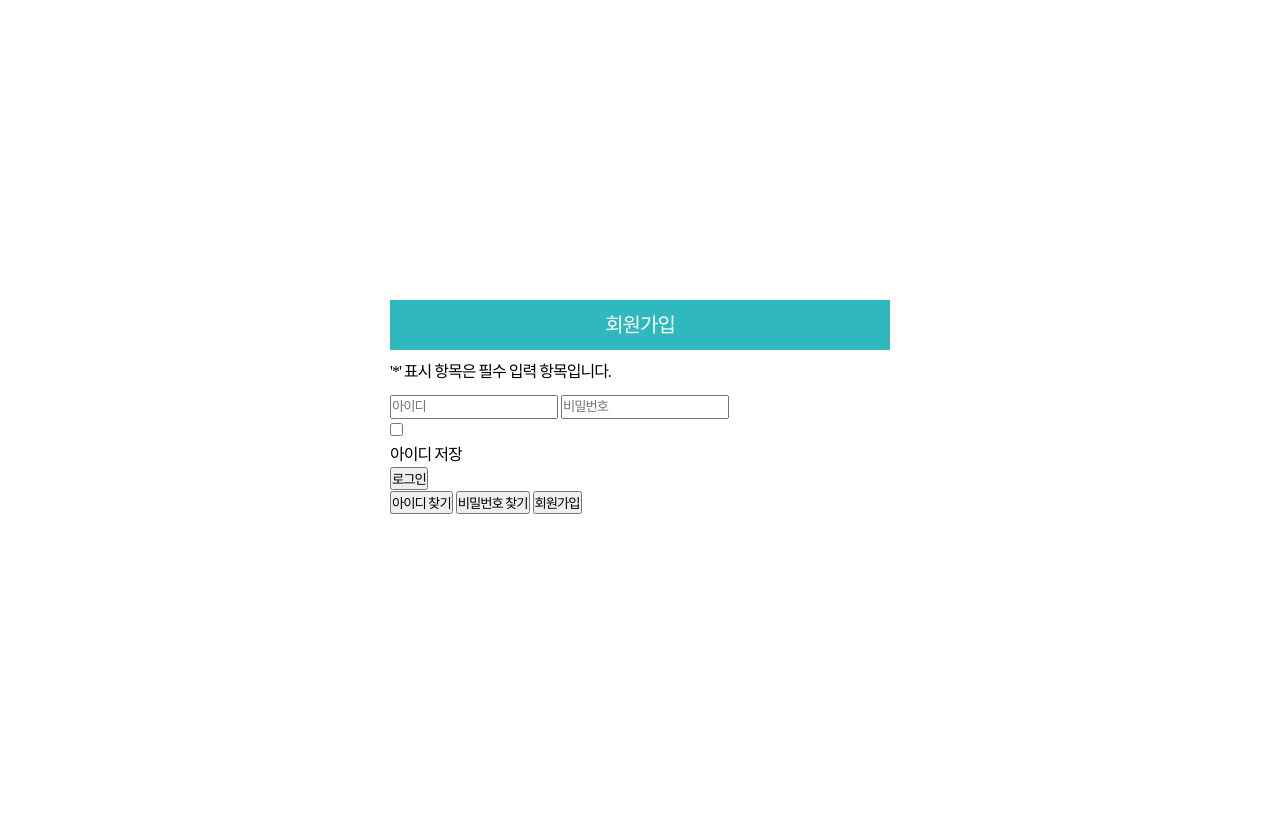
Repository: InhoKang92/jsp_1018
Page: http://localhost/Web_01/join.jsp
An editor plug-in stored every save of this project. The page is shown before and after the next save, followed by the edit.
The browser window is 1280 px wide. The pictures show the whole page.
Some web fonts or font styles are not loaded; a fallback is used. The page is served by Tomcat 9. Other server files are loaded and not shown.

Above is the page before, as saved 2024-10-16 01:59:13.

### Web_01/src/main/webapp/join.jsp
<%@ page language="java" contentType="text/html; charset=UTF-8"
pageEncoding="UTF-8"%>
<!DOCTYPE html>
<html>
<head>
<meta charset="UTF-8">

<link rel="stylesheet" href="css/reset.css">
<link rel="stylesheet" href="css/join.css">

<title>모던하우스 회원가입</title>
</head>
<body>


      <form method="post" name="frm">

        <div class="join_box">
            <div class="title_box">회원가입</div>
            <p class="mand">'*' 표시 항목은 필수 입력 항목입니다.</p>
            <div class="input_box">
                <input class="id_input" type="text" placeholder="아이디" name="userid">
                <input class="pw_input" type="password" placeholder="비밀번호" name="pwd">
                <div class="save_box">
                    <input id="check" type="checkbox">
                    <label for="check"></label>
                    <p class="save">아이디 저장</p>
                </div>

            </div>
            <input type="submit" class="login_btn" value="로그인" onclick="return loginCheck()">
            <div class="etc_box">
                <input type="button" value="아이디 찾기">
                <input type="button" value="비밀번호 찾기">
                <input type="button" value="회원가입" onclick="location.href='ModernServlet?command=mdh_join_form'">
            </div>
        </div>
      </form>

</body>
</html>

### Web_01/src/main/webapp/css/reset.css
@charset "utf-8";

@font-face {
    font-family: 'Pretendard-Regular';
    src: url('https://fastly.jsdelivr.net/gh/Project-Noonnu/noonfonts_2107@1.1/Pretendard-Regular.woff') format('woff');
    font-weight: 400;
    font-style: normal;
}

/* CSS 리셋 */
* {
    margin: 0;
    padding: 0;
    color: #000;
    list-style: none;
    text-decoration: none;
    box-sizing: border-box;
    line-height: 1.5;
    letter-spacing: -1px;
    font-family: 'Pretendard-Regular';
}

### Web_01/src/main/webapp/css/join.css
@charset "utf-8";

.join_box {
    width: 500px;
    margin: 300px auto;
}
.title_box {
    width: 100%;
    background-color: #2fb8bd;
    border: none;
    color: #fff;
    font-size: 20px;
    padding: 10px;
    text-align: center;
}
.mand {
	margin: 10px 0;
}

After the next save:
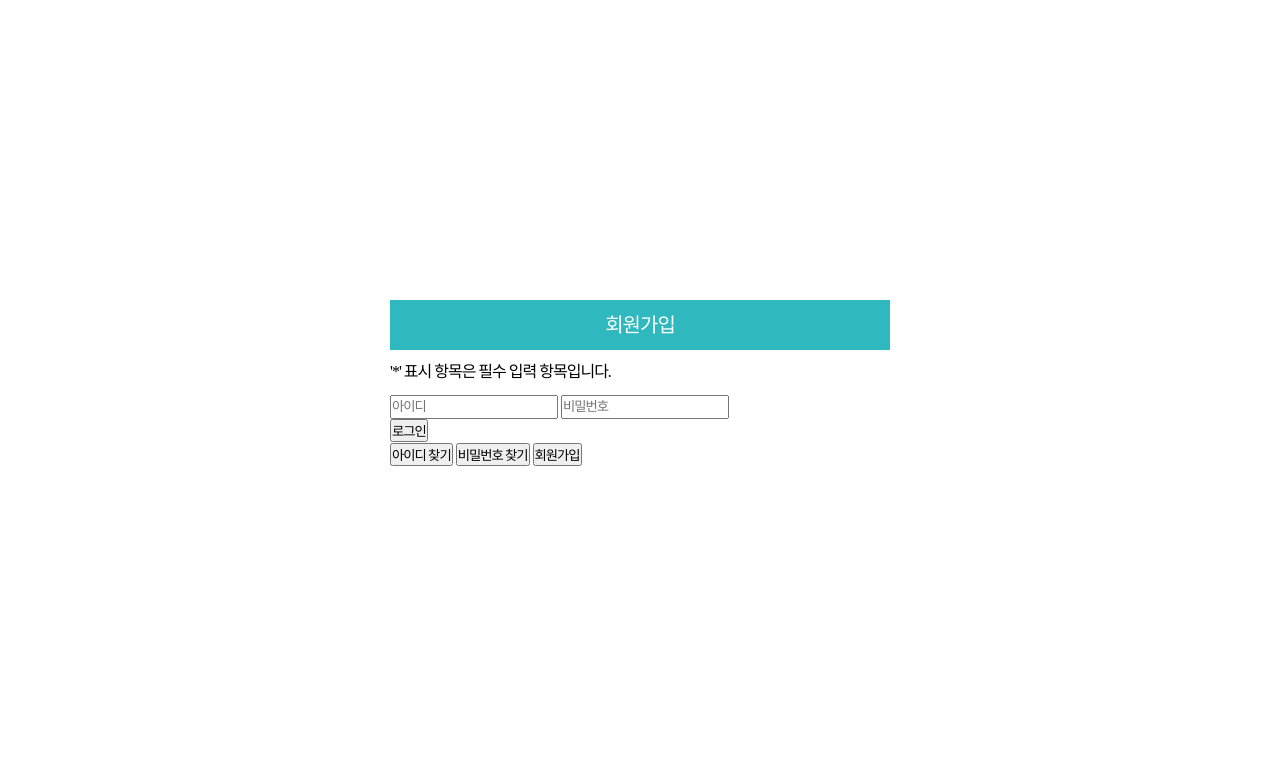
Saved 24 s later.
--- a/Web_01/src/main/webapp/join.jsp
+++ b/Web_01/src/main/webapp/join.jsp
@@ -21,11 +21,7 @@ pageEncoding="UTF-8"%>
             <div class="input_box">
                 <input class="id_input" type="text" placeholder="아이디" name="userid">
                 <input class="pw_input" type="password" placeholder="비밀번호" name="pwd">
-                <div class="save_box">
-                    <input id="check" type="checkbox">
-                    <label for="check"></label>
-                    <p class="save">아이디 저장</p>
-                </div>
+
 
             </div>
             <input type="submit" class="login_btn" value="로그인" onclick="return loginCheck()">
